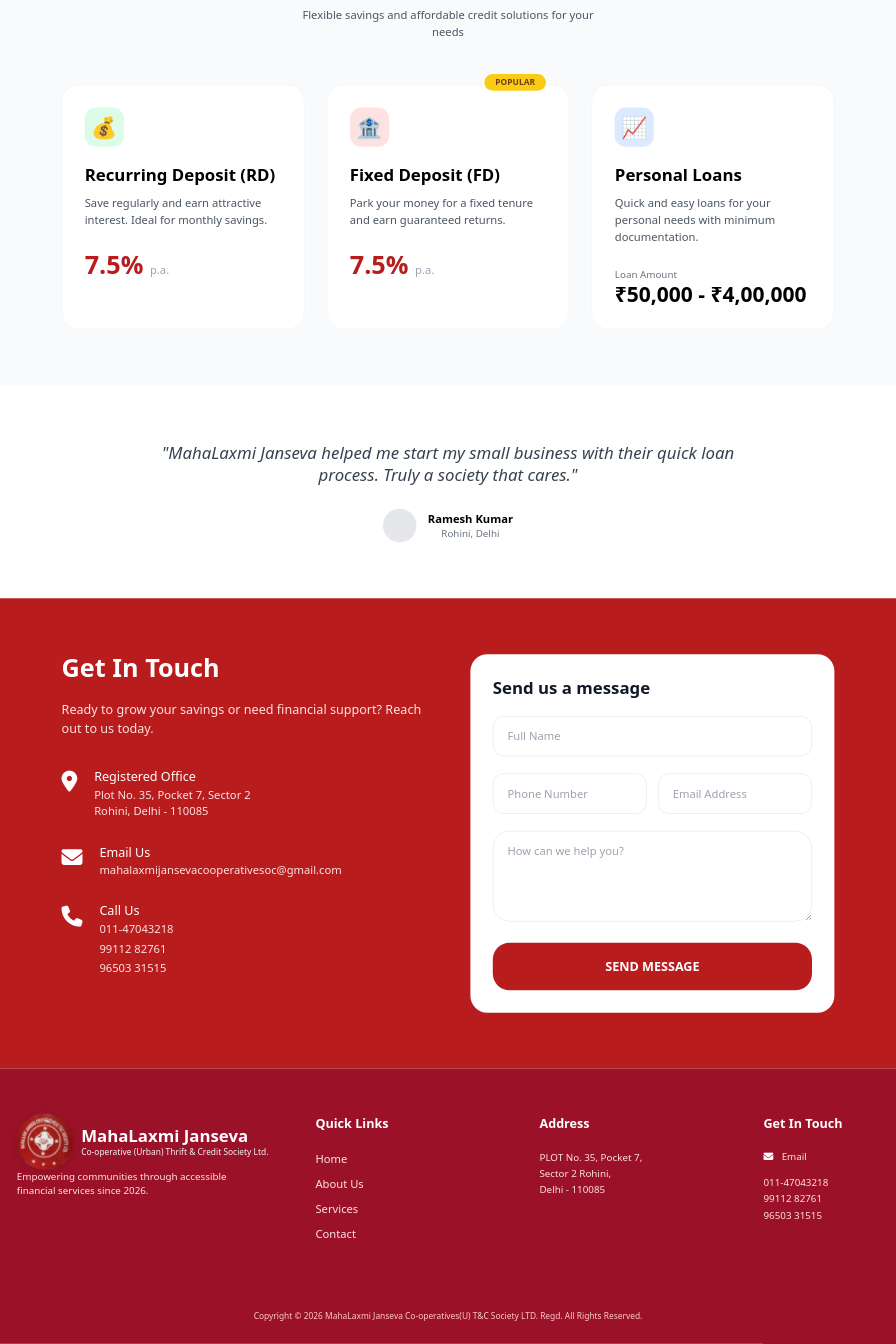
Repository: smritig537/Mahalaxmi
Page: Web.html
These files come from the project's save history. The page is drawn as it stood at one moment and after the next save; the edit follows.
The browser window is 1280 px wide. The pictures show the part of the page from y = 1764 to 3684 px (the page is 3684 px tall before and 3636 px after), at 70% of full size.
A picture or video elsewhere on the page could not be fetched, so the positions and the page height are approximate. Some web libraries are served in a nearby version.

Above is the page before, as saved 2026-05-25 01:07:42.

After the next save:
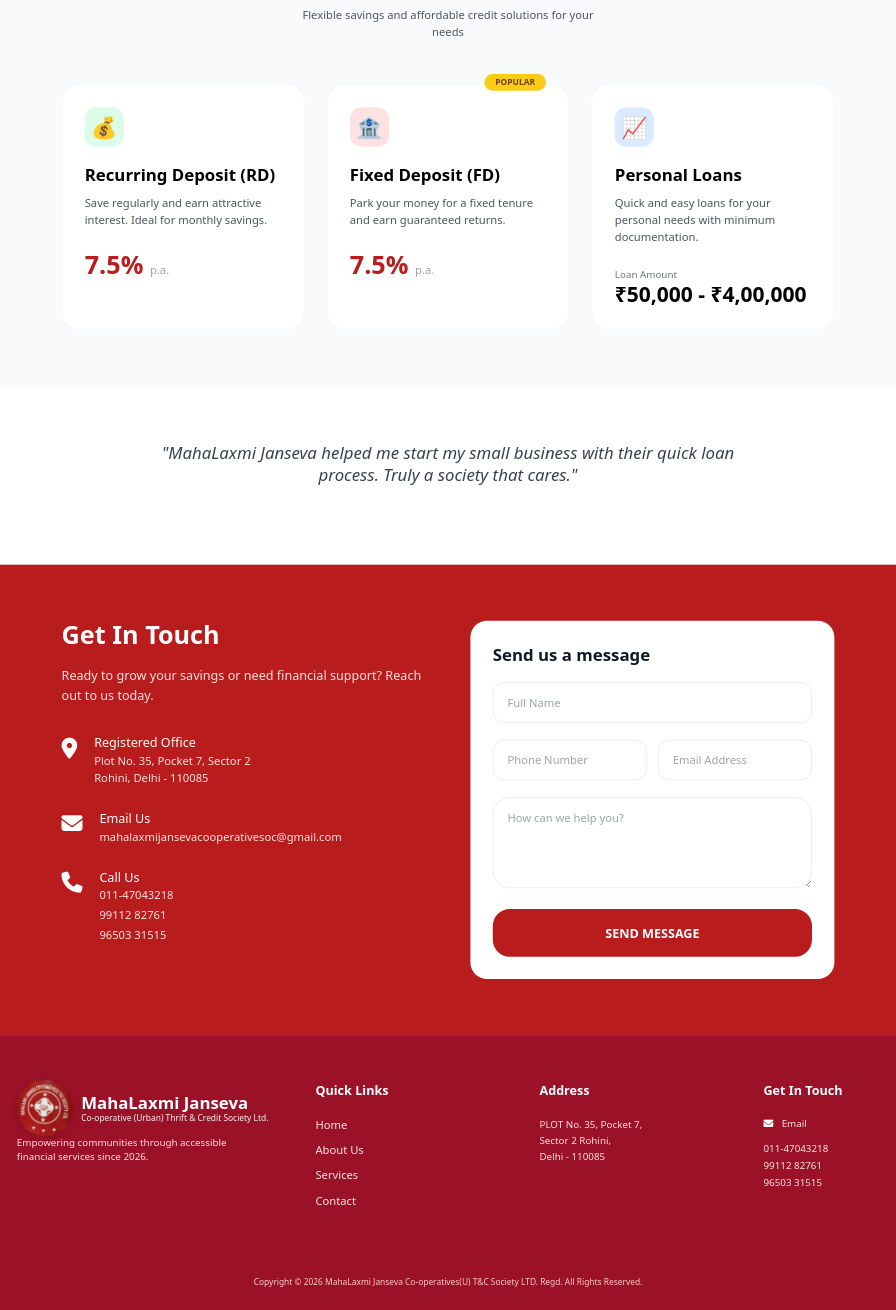
Saved 4 min 25 s later.
--- a/Web.html
+++ b/Web.html
@@ -266,13 +266,7 @@
             <div class="italic text-2xl text-gray-700 mb-8">
                 "MahaLaxmi Janseva helped me start my small business with their quick loan process. Truly a society that cares."
             </div>
-            <div class="flex items-center justify-center gap-4">
-                <div class="w-12 h-12 bg-gray-200 rounded-full"></div>
-                <div>
-                    <div class="font-semibold">Ramesh Kumar</div>
-                    <div class="text-sm text-gray-500">Rohini, Delhi</div>
-                </div>
-            </div>
+
         </div>
     </section>
 
